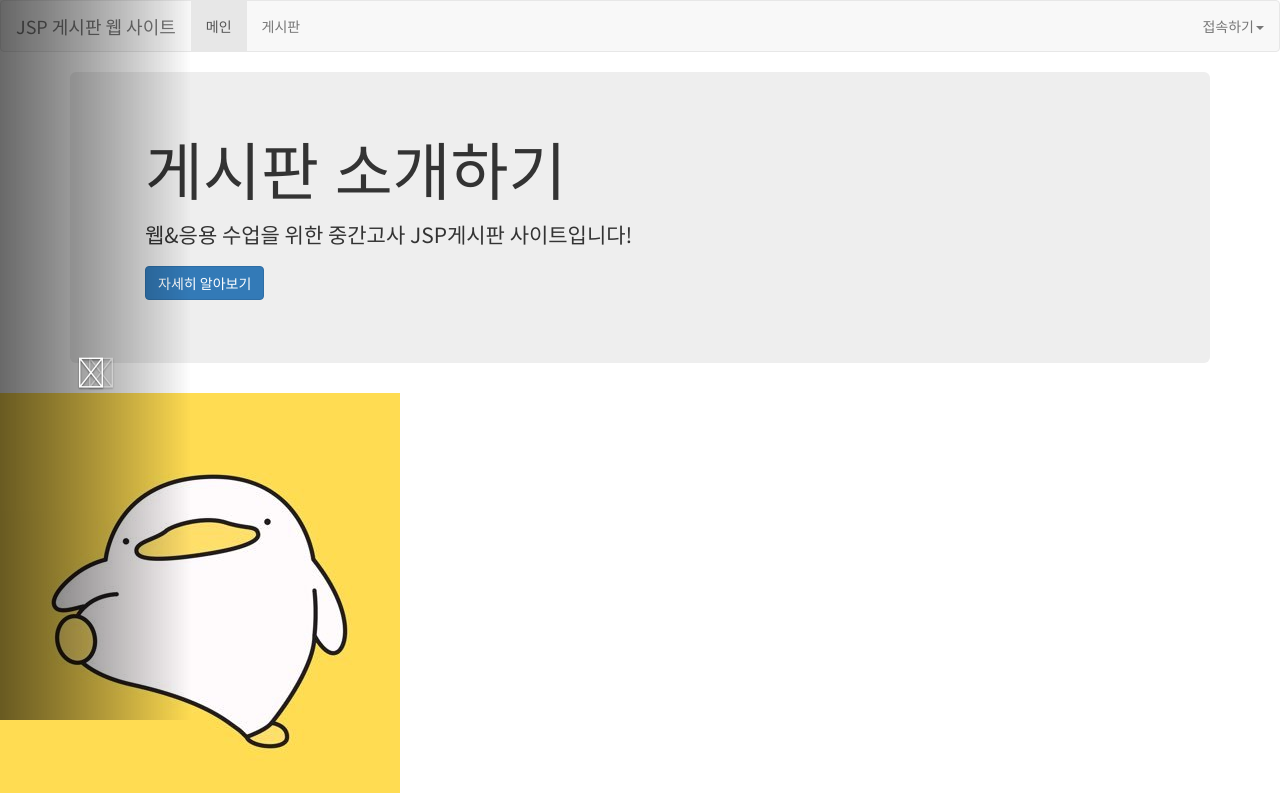
Repository: hanseu9839/BbsJSP
Page: http://localhost/BBS/main.jsp
The author's editor kept a copy of each file at every save. The page is drawn from the files as they stood at one save, then again after the next save.
The browser window is 1280 px wide. The pictures show the whole page.
The page is served by Tomcat 9. Other server files are loaded and not shown.

Above is the page before, as saved 2021-05-03 07:16:49.

### BBS/src/main/webapp/main.jsp
<%@ page language="java" contentType="text/html; charset=UTF-8"
    pageEncoding="UTF-8"%>
    <%@ page import ="java.io.PrintWriter"%>
    <!-- UTF-8은 요즘 가장 많이 쓰이는 대표적인 형식 (한글,영어) 둘다 지원됨 -->
<!DOCTYPE html>
<html>
<head>
<meta http-equiv="Content-Type" content="text/html; charset=UTF-8">
<meta name="viewport" content="width-device-width", initial-scale="1">
<link rel="stylesheet" href="css/bootstrap.min.css">
<link rel="stylesheet" href="css/custom.css">
<title>JSP 게시판 웹사이트 </title>
</head>
<body>
	<%
		String userID = null;
		if(session.getAttribute("userID") != null){
			userID = (String) session.getAttribute("userID");
		}
	%>
   <nav class="navbar navbar-default">
      <div class="navbar-header">
         <button type="button" class="navbar-toggle collapsed"
         data-toggle="collapse" data-target= "#bs-example-navbar-collapse-1"
         aria-expanded="false">
         <span class="icon-bar"></span>
         <span class="icon-bar"></span>
         <span class="icon-bar"></span>
         </button>
         <a class="navbar-brand" href="main.jsp">JSP 게시판 웹 사이트</a>
      </div>
      <div class="collapse navbar-collapse" id="bs-example-navbar-collapse-1">
         <ul class="nav navbar-nav">
            <li class="active"><a href ="main.jsp">메인</a></li>
            <li><a href ="bbs.jsp">게시판</a></li>
         </ul>
         <%
         	if(userID == null) {
         %>



         <ul class="nav navbar-nav navbar-right">
            <li class="dropdown">
               <a href="#" class="dropdown-toogle"
                  data-toggle="dropdown" role="button" aria-haspopup="true"
                  aria-expanded="false">접속하기<span class="caret"></span></a>
                  <ul class="dropdown-menu">
                     <li><a href="login.jsp">로그인</a></li>
                     <li><a href="join.jsp">회원가입</a></li>
                  </ul>
            </li>
         </ul>
         <%
         	} else {
         		%>
         		<ul class="nav navbar-nav navbar-right">
            <li class="dropdown">
               <a href="#" class="dropdown-toogle"
                  data-toggle="dropdown" role="button" aria-haspopup="true"
                  aria-expanded="false">회원관리<span class="caret"></span></a>
                  <ul class="dropdown-menu">
                     <li><a href="logoutAction.jsp">로그인아웃</a></li>
                  </ul>
            </li>
         </ul>
         <%
         	}
         %>
      </div>
   </nav>
   <div class="container">
   		<div class="jumbotron">
   			<div class="container">
   				<h1>게시판 소개하기</h1>
   				<p>웹&응용 수업을 위한 중간고사 JSP게시판 사이트입니다!</p>
   				<p><a class="btn btn-primary btn-pull" href="#" role="button">자세히 알아보기</a></p>
   			</div>
   		</div>
   </div>
   <div>
   	<div id="myCarousel" class="caraousel" data-ride="carousel">
   		<ol class="carousel-indicators">
   			<li data-target="#myCarousel" data-slide-to ="0" class="active"></li>
   			<li data-target="#myCarousel" data-slide-to ="1" ></li>
   			<li data-target="#myCarousel" data-slide-to ="2" ></li>
   		</ol>
   		<div class="carousel-inner">
   			<div class="item active">
   				<img src="images/1.jpg">
   			</div>
   			<div class="item">
   				<img src="images/2.jpg">
   			</div>
   			<div class="item">
   				<img src="images/3.jpg">
   			</div>
   		</div>
   		<a class="left carousel-control" href="#myCarousel" data-slide="prev">
   			<span class="glyphicon-chevron-left"></span>
   		</a>
   		<a class="left carousel-control" href="#myCarousel" data-slide="next">
   			<span class="glyphicon-chevron-right"></span>
   		</a>
   	</div>

   </div>
   <script src="https://ajax.googleapis.com/ajax/libs/jquery/1.12.4/jquery.min.js"></script>
<script src="js/bootstrap.min.js"></script>
</body>
</html>

### BBS/src/main/webapp/css/custom.css
@import url('https://fonts.googleapis.com/css2?family=Noto+Sans+KR:wght@100&display=swap');

*{
	font-family: 'Noto Sans KR', sans-serif;
}
h1{
	font-family:bolder;
}

Loaded but not shown: BBS/src/main/webapp/css/bootstrap.min.css (library); BBS/src/main/webapp/js/bootstrap.min.js (library)

After the next save:
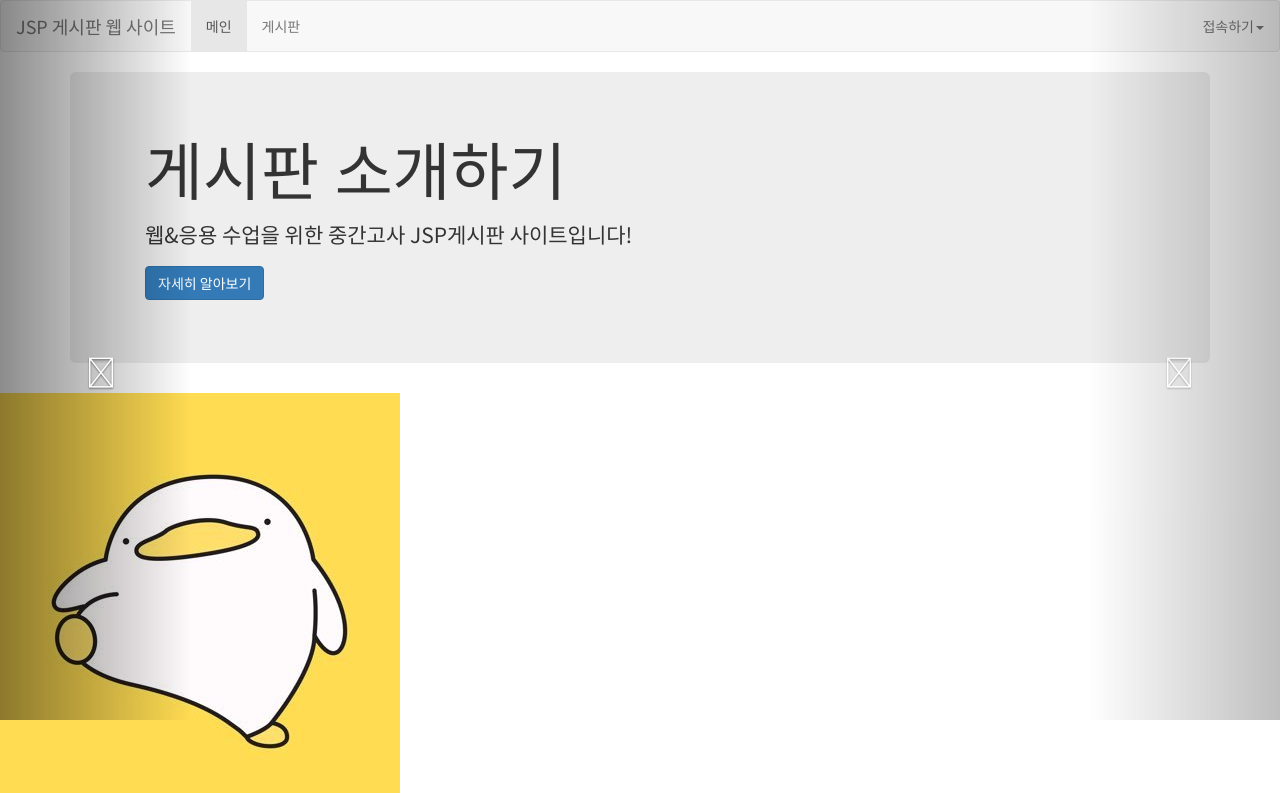
Saved 8 s later.
--- a/BBS/src/main/webapp/main.jsp
+++ b/BBS/src/main/webapp/main.jsp
@@ -99,7 +99,7 @@
    		<a class="left carousel-control" href="#myCarousel" data-slide="prev">
    			<span class="glyphicon-chevron-left"></span>
    		</a>
-   		<a class="left carousel-control" href="#myCarousel" data-slide="next">
+   		<a class="right carousel-control" href="#myCarousel" data-slide="next">
    			<span class="glyphicon-chevron-right"></span>
    		</a>
    	</div>
